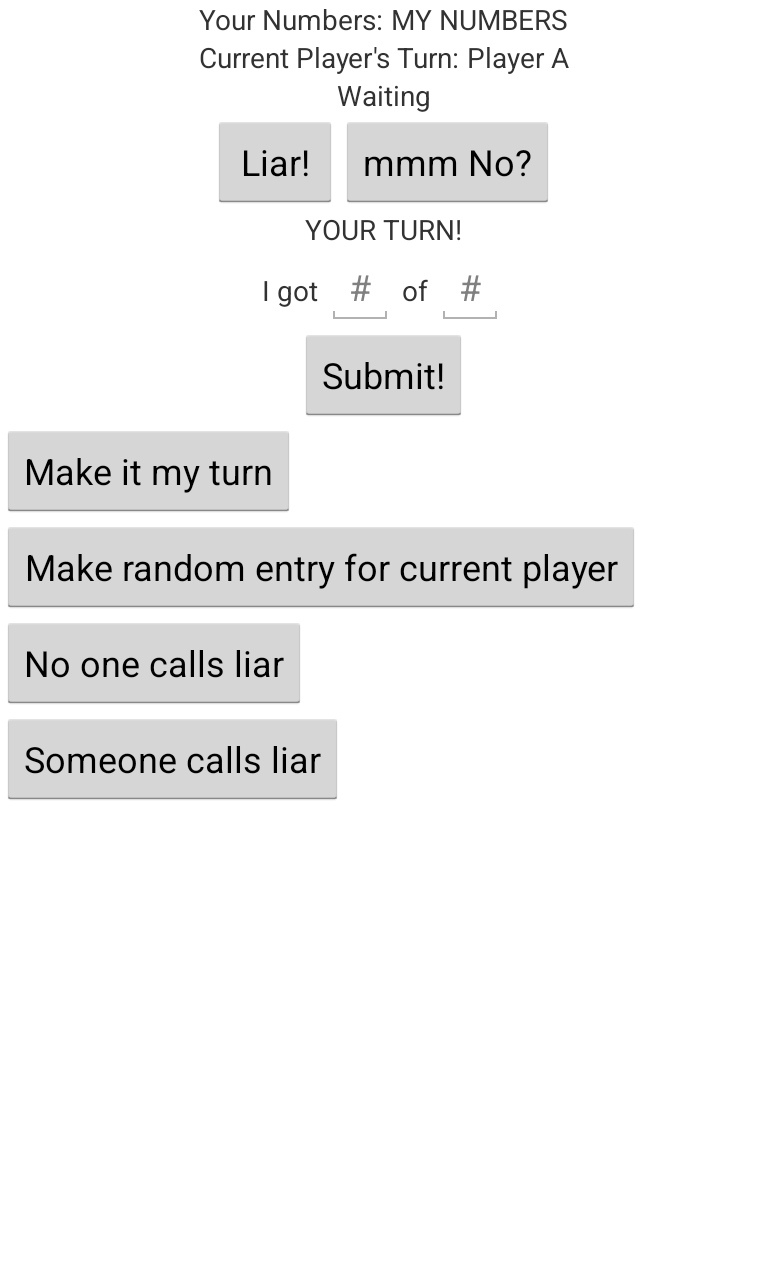
Repository: RayyLim/LiarPoker
Layout: LiarPoker/res/layout/gameroom_main.xml
The author's editor kept a copy of each file at every save. The layout is drawn from the files as they stood at one save, then again after the next save.
It is drawn on a 768 x 1280 px phone screen (xhdpi) without system bars, with theme AppTheme; the app's code is not run.

Above is the layout before, as saved 2012-07-22 12:36:13.

### LiarPoker/res/layout/gameroom_main.xml
<?xml version="1.0" encoding="utf-8"?>
<LinearLayout xmlns:android="http://schemas.android.com/apk/res/android"
	android:layout_width="match_parent" android:layout_height="match_parent"
	android:orientation="vertical">

	<LinearLayout android:layout_width="wrap_content"
		android:layout_height="wrap_content"
		android:layout_gravity="center_horizontal">
		<TextView android:id="@+id/meLabel" android:layout_width="wrap_content"
			android:layout_height="wrap_content" android:text="Your Numbers: " />

		<TextView android:id="@+id/mynumbersLabel"
			android:layout_width="wrap_content" android:layout_height="wrap_content"
			android:text="MY NUMBERS" />
	</LinearLayout>

	<LinearLayout
	    android:id="@+id/notMyTurnLayout"
	    android:layout_width="wrap_content"
		android:layout_height="wrap_content"
		android:layout_gravity="center_horizontal"
		android:orientation="vertical"
	    >
	<LinearLayout android:layout_width="wrap_content"
		android:layout_height="wrap_content"
		android:layout_gravity="center_horizontal">
				<TextView
			android:layout_width="wrap_content" android:layout_height="wrap_content"
			android:text="Current Player's Turn: " />
		<TextView android:id="@+id/currentPlayerLabel"
			android:layout_width="wrap_content" android:layout_height="wrap_content"
			android:text="Player A" />



	</LinearLayout>
			<TextView android:id="@+id/currentPlayerHasLabel"
			android:layout_width="wrap_content" android:layout_height="wrap_content"
			android:text="Waiting"
			        android:layout_gravity="center_horizontal"
			        />



			<LinearLayout
			    android:layout_width="wrap_content"
			    android:layout_height="wrap_content"
			            android:layout_gravity="center_horizontal">
					<Button
			    android:id="@+id/liarButton"
			    android:layout_width="wrap_content"
			    android:layout_height="wrap_content"
			    android:text="Liar!"
			    />
								<Button
			    android:id="@+id/notLiarButton"
			    android:layout_width="wrap_content"
			    android:layout_height="wrap_content"
			    android:text="mmm No?"
			    android:onClick="NotLiarButtonPressed"/>
			</LinearLayout>
			</LinearLayout>

	<LinearLayout
	    android:id="@+id/myTurnLayout"
	    android:layout_gravity="center_horizontal"
	    android:layout_width="wrap_content"
	    android:layout_height="wrap_content"
	    android:orientation="vertical" >
			<TextView
			android:layout_width="wrap_content" android:layout_height="wrap_content"
			android:layout_gravity="center_horizontal"
			android:text="YOUR TURN!" />
				<LinearLayout
	    android:layout_width="wrap_content"
	    android:layout_height="wrap_content"
	    android:layout_gravity="center_horizontal"
	    android:orientation="horizontal" >
			<TextView
			android:layout_width="wrap_content" android:layout_height="wrap_content"

			android:text="I got " />

			<EditText android:id="@+id/igotamount"
        android:layout_weight="1"
        android:layout_width="wrap_content"
        android:layout_height="wrap_content"
        android:inputType="numberDecimal"
        android:maxLength="1"
        android:hint="#"
        />

						<TextView
			android:layout_width="wrap_content" android:layout_height="wrap_content"

			android:text=" of " />

			<EditText android:id="@+id/igotnumber"
        android:layout_weight="1"
        android:layout_width="wrap_content"
        android:layout_height="wrap_content"
        android:inputType="numberDecimal"
        android:maxLength="1"
        android:hint="#"
        />

	</LinearLayout>
				<Button
			    android:id="@+id/submitButton"
			    android:layout_width="wrap_content"
			    android:layout_height="wrap_content"
			    android:layout_gravity="center_horizontal"
			    android:text="Submit!"
			    android:onClick="submit"/>
	</LinearLayout>

			<Button
			    android:id="@+id/testMyTurn"
			    android:layout_width="wrap_content"
			    android:layout_height="wrap_content"
			    android:text="Make it my turn"
			    android:onClick="fakeMyTurn"/>


						<Button
			    android:id="@+id/testRandomEntryForPlayer"
			    android:layout_width="wrap_content"
			    android:layout_height="wrap_content"
			    android:text="Make random entry for current player"
			    android:onClick="fakeRandomCurrentPlayerHas"/>

												<Button
			    android:id="@+id/fakeNoOneCallsLiar"
			    android:layout_width="wrap_content"
			    android:layout_height="wrap_content"
			    android:text="No one calls liar"
			    android:onClick="fakeNoOneCallsLiar"/>

																								<Button
			    android:id="@+id/fakeSomeoneCallsLiar"
			    android:layout_width="wrap_content"
			    android:layout_height="wrap_content"
			    android:text="Someone calls liar"
			    android:onClick="fakeSomeoneCallsLiar"/>

</LinearLayout>

Loaded but not shown: LiarPoker/res/values-v11/styles.xml (common file); LiarPoker/res/values-v14/styles.xml (common file); LiarPoker/res/values/styles.xml (common file)

After the next save:
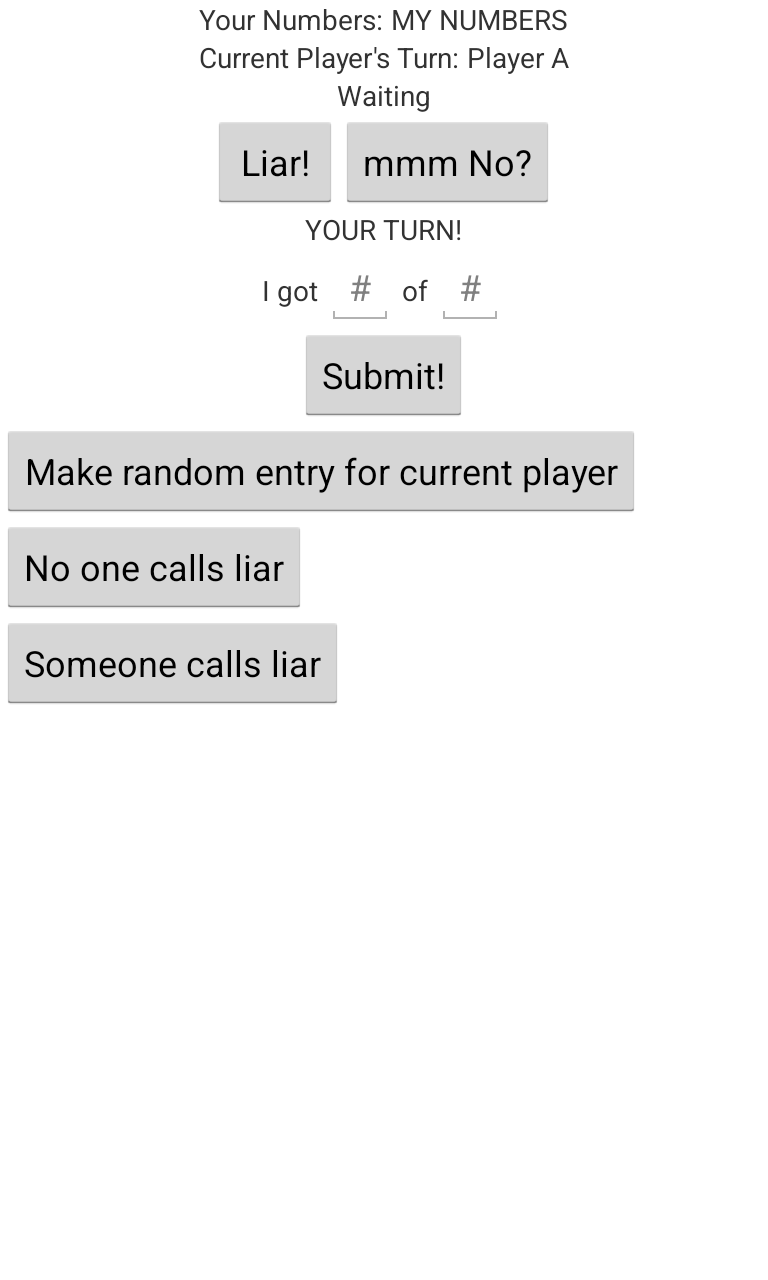
Saved 8 s later.
--- a/LiarPoker/res/layout/gameroom_main.xml
+++ b/LiarPoker/res/layout/gameroom_main.xml
@@ -114,12 +114,7 @@
 			    android:onClick="submit"/>
 	</LinearLayout>
 
-			<Button
-			    android:id="@+id/testMyTurn"
-			    android:layout_width="wrap_content"
-			    android:layout_height="wrap_content"
-			    android:text="Make it my turn"
-			    android:onClick="fakeMyTurn"/>
+
 
 
 						<Button
